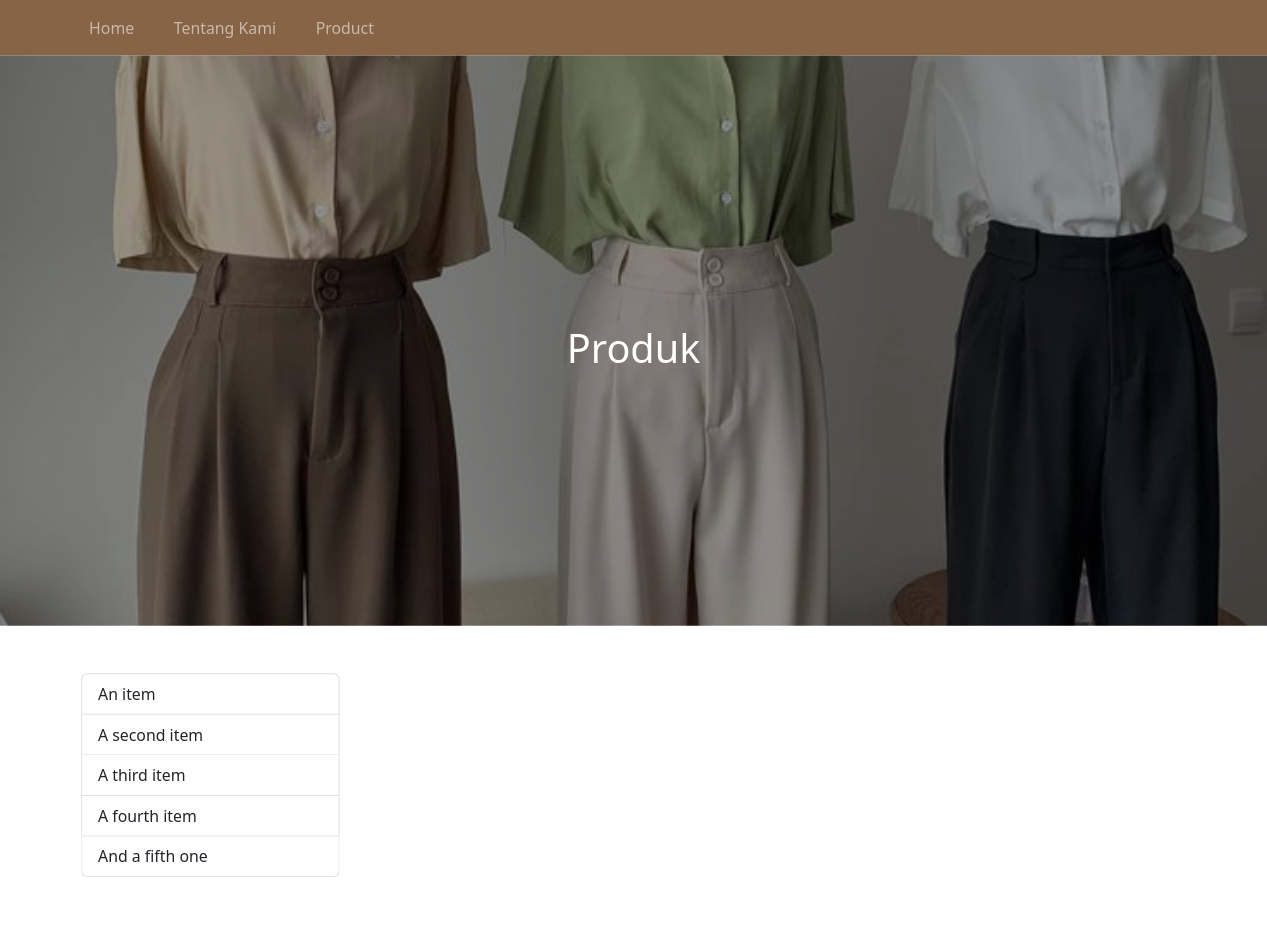
Repository: herman165/tugas_uas
Page: http://localhost/produk.php
The author's editor kept a copy of each file at every save. The page is drawn from the files as they stood at one save, then again after the next save.
The browser window is 1280 px wide. The pictures show the whole page, at 99% of full size.
The page is run by PHP 8.4 with error messages shown; the project is at /var/www/html/.

Above is the page before, as saved 2024-12-11 03:19:18.

After the next save:
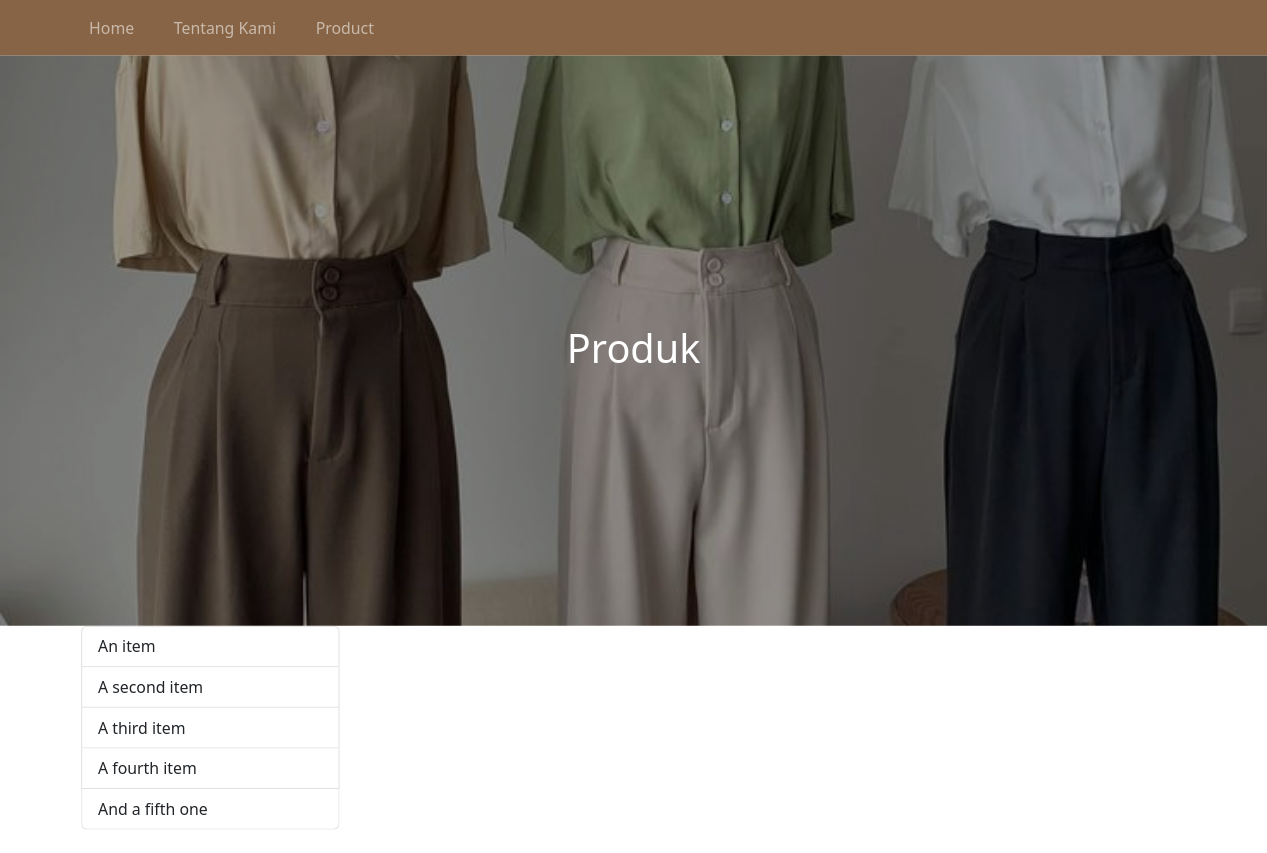
Saved 5 s later.
--- a/produk.php
+++ b/produk.php
@@ -21,7 +21,7 @@
      </div>
 
     <!-- layout produk -->
-        <div class="container mt-5 mb-5">
+        <div class="container">
             <div class="row">
                 <div class="col-md-3 mb-4">
                     <ul class="list-group">
